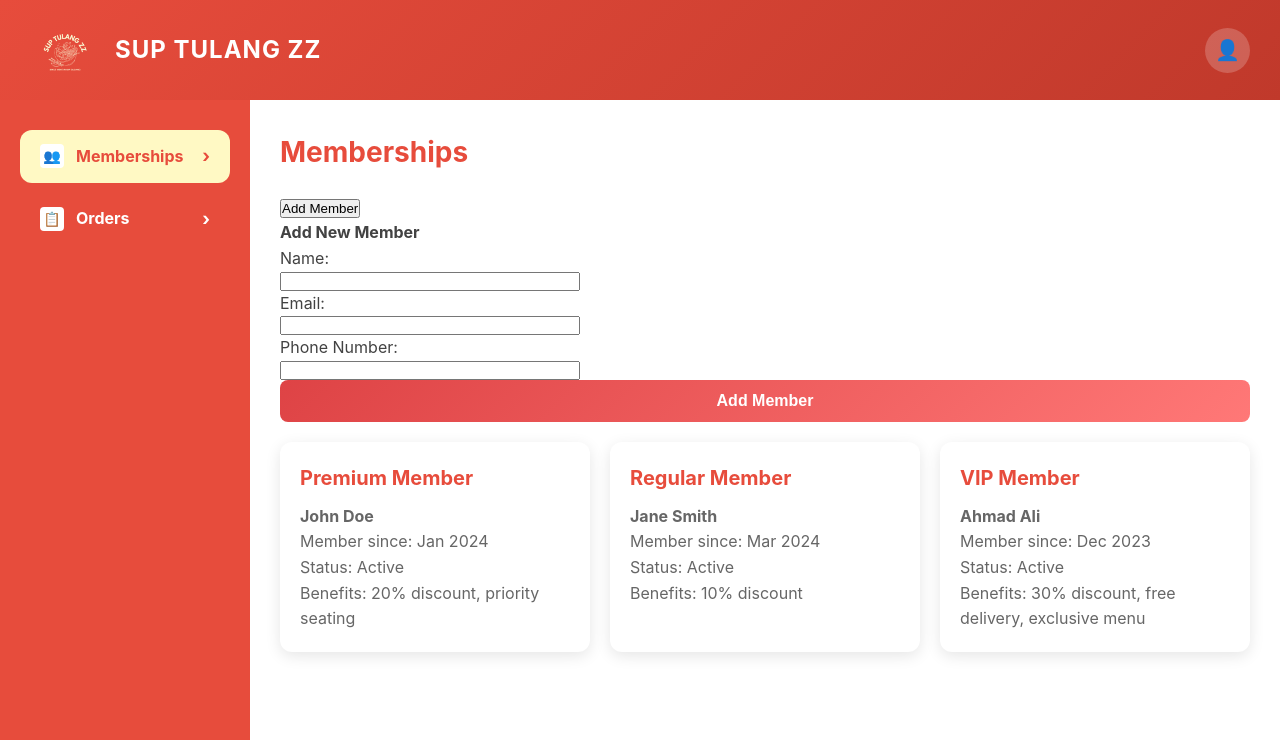
Repository: YIsheng2002/web-frontend
Page: view/Staff/dashboardstaff.html
The author's editor kept a copy of each file at every save. The page is drawn from the files as they stood at one save, then again after the next save.
The browser window is 1280 px wide. The pictures show the whole page.

Above is the page before, as saved 2025-06-12 15:43:34.

After the next save:
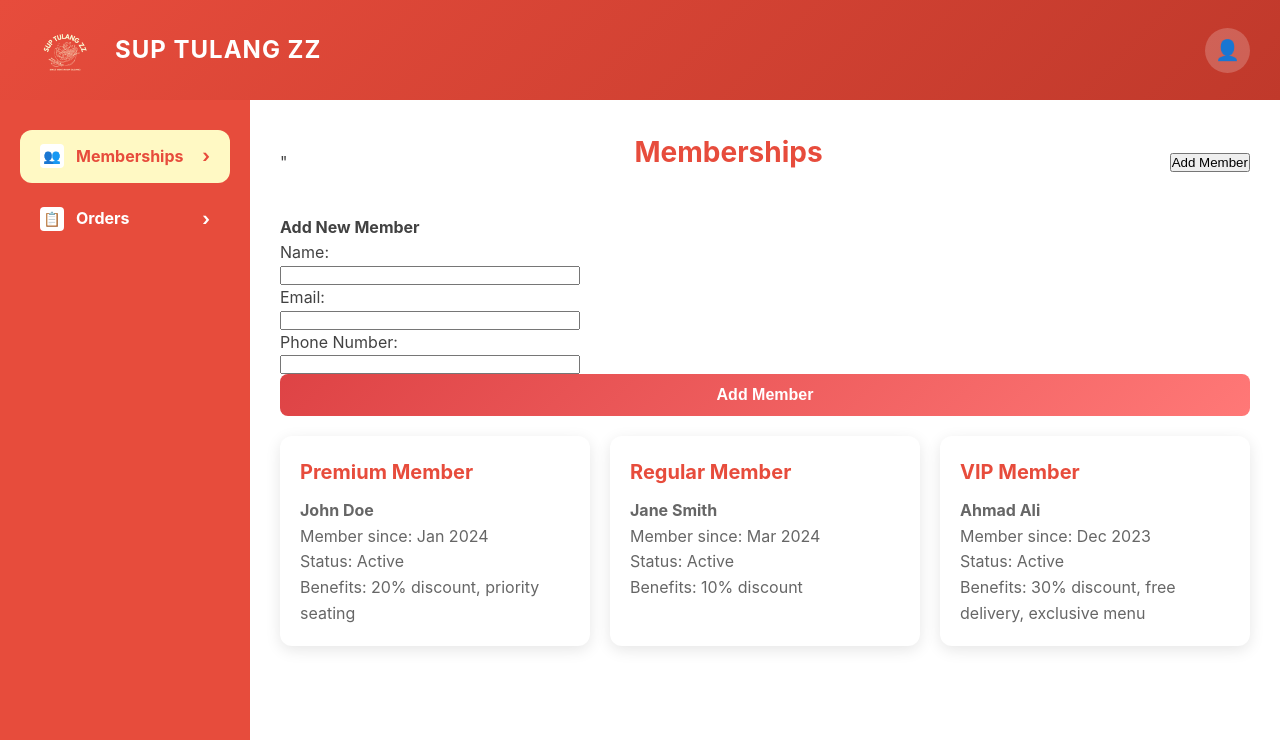
Saved 11 s later.
--- a/view/Staff/dashboardstaff.html
+++ b/view/Staff/dashboardstaff.html
@@ -67,9 +67,10 @@
         </div>
         <!-- Main Content -->
         <div class="main-content active" id="membership">
-            <h3>Memberships</h3>
-
-            <button class="add-member-btn" onclick="addMember()">Add Member</button>
+            <div class="membership-header">"
+                <h3>Memberships</h3>
+                <button class="add-member-btn" onclick="addMember()">Add Member</button>
+            </div>
 
             <div id="membershipForm" class="membership-form hidden">
                 <h4>Add New Member</h4>
@@ -86,7 +87,8 @@
 
                     <div class="form-group">
                         <label for="memberphonenumber">Phone Number:</label>
-                        <input type="phone number" class="input-size" id="memberphonenumber" name="memberphonenumber" required>
+                        <input type="phone number" class="input-size" id="memberphonenumber" name="memberphonenumber"
+                            required>
                     </div>
 
                     <button type="submit" class="btn-primary">Add Member</button>
